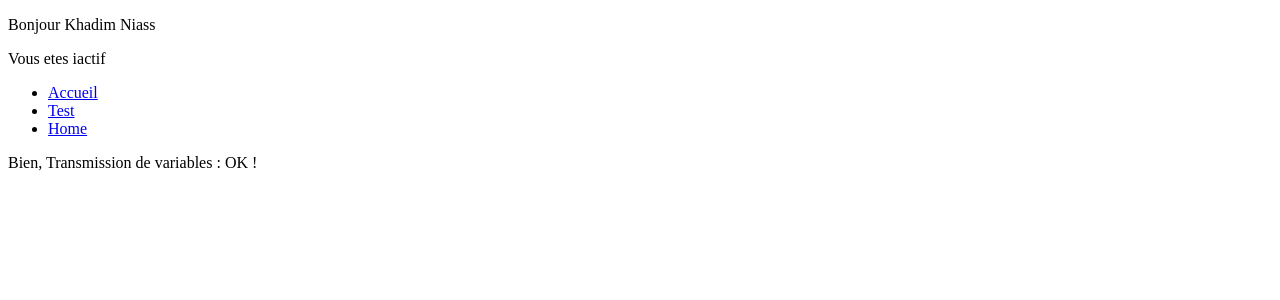
Repository: khadimniass/AppliTestJEE
Page: http://localhost/test/Test
These files come from the project's save history. The page is drawn as it stood at one moment and after the next save; the edit follows.
The browser window is 1280 px wide. The pictures show the whole page.
The page is served by Tomcat 9.

Above is the page before, as saved 2020-07-05 11:35:34.

After the next save:
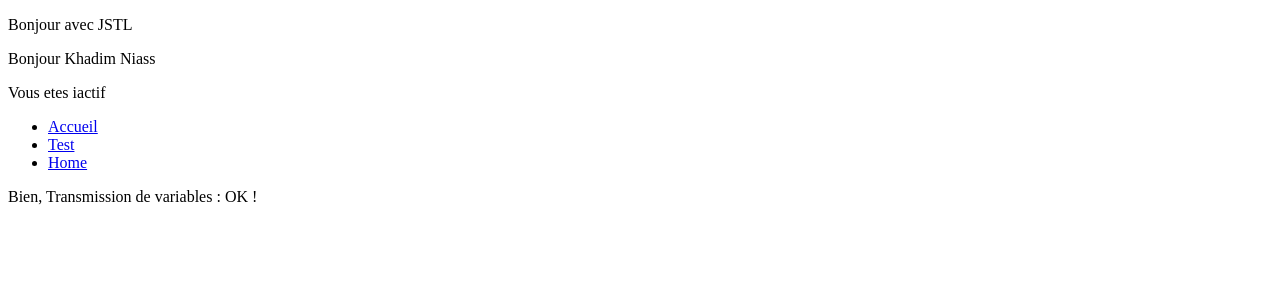
Saved 72 s later.
--- a/test/WebContent/WEB-INF/bonjour.jsp
+++ b/test/WebContent/WEB-INF/bonjour.jsp
@@ -10,7 +10,7 @@
 		<title>Ma première page</title>
 	</head>
    <body>
- 	<p><out value="Bonjour avec JSTL"/> </p>
+ 	<p><c:out value="Bonjour avec JSTL"/> </p>
 
 		<p>
 		Bonjour  ${auteur.prenom } ${auteur.nom }
